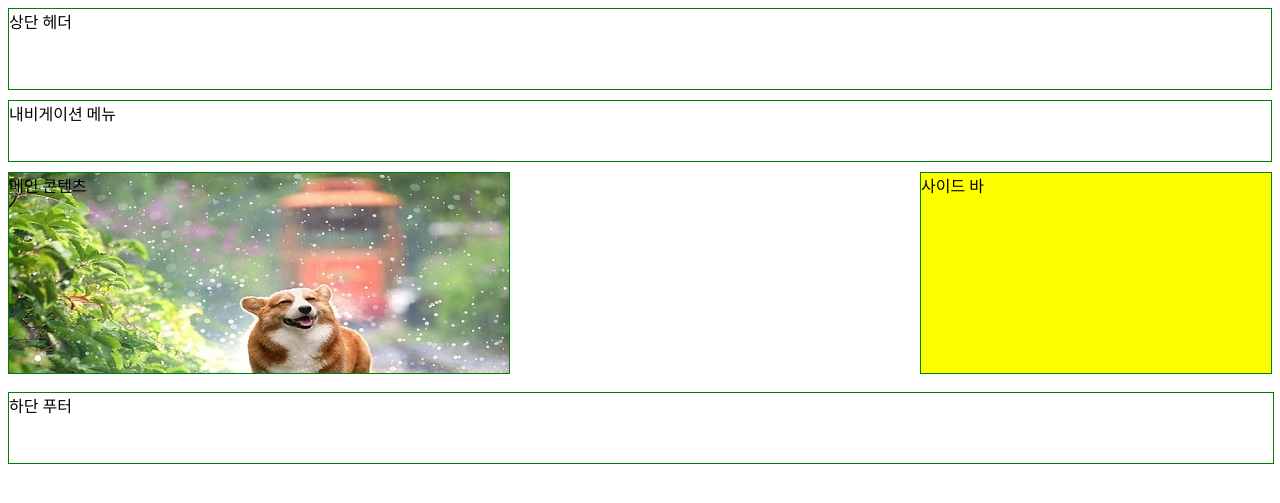
Repository: woosungtae/html_css
Page: pro01/public/1.html
These files come from the project's save history. The page is drawn as it stood at one moment and after the next save; the edit follows.
The browser window is 1280 px wide. The pictures show the whole page.

Above is the page before, as saved 2022-12-12 05:50:57.

### pro01/public/1.html
<!DOCTYPE html>
<html lang="ko">
<head>
    <meta charset="UTF-8">
    <title>Document</title>
    <style>
        header {
            border : 1px solid green;
            height: 80px;
            margin-bottom: 10px;
        }
        nav {
            border : 1px solid green;
            height: 60px;
            margin-bottom: 10px;
        }
        nav:hover {
            color: red;
        }
        section {
            border: 1px solid green;
            height: 200px;
            width: 500px;
            float: left;
            margin-right: 20px;
            margin-bottom: 10px;
            background: url(images/dog.jpg) no-repeat;
        }
        aside {
            border: 1px solid green;
            height: 200px;
            width: 350px;
            float: right;
            background-color: yellow;
        }
        footer {
            clear: both;
            border: 1px solid green;
            height: 70px;
            width: 100%;
            margin-top: 230px;
        }
    </style>
</head>
<body>
    <header>
        <div>상단 헤더</div>
    </header>
    <nav>
        <div>내비게이션 메뉴</div>
    </nav>
        <section>
            <div>메인 콘텐츠</div>
        </section>
        <aside>
            <div>사이드 바</div>
        </aside>
        <footer>
            <div>하단 푸터</div>
        </footer>
</body>
</html>

After the next save:
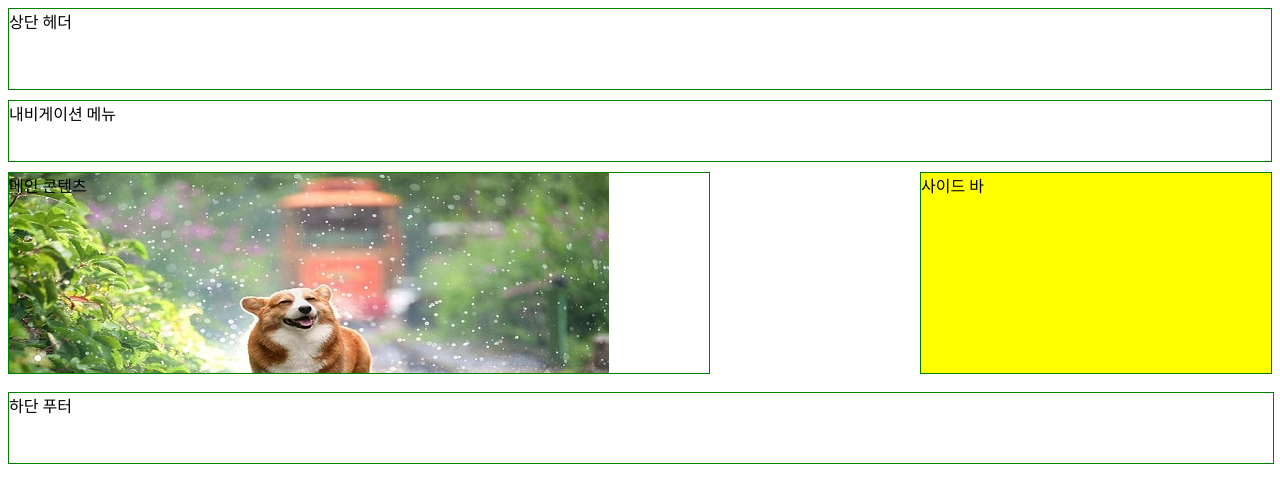
Saved 25 min 37 s later.
--- a/pro01/public/1.html
+++ b/pro01/public/1.html
@@ -20,7 +20,7 @@
         section {
             border: 1px solid green;
             height: 200px;
-            width: 500px;
+            width: 700px;
             float: left;
             margin-right: 20px;
             margin-bottom: 10px;
